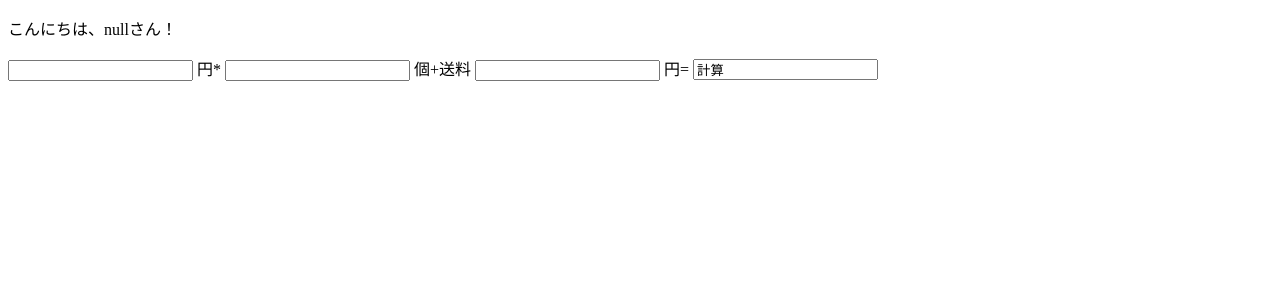
Repository: KimaruHirose/test
Page: http://localhost/HelloJSP/greeting-out.jsp
An editor plug-in stored every save of this project. The page is shown before and after the next save, followed by the edit.
The browser window is 1280 px wide. The pictures show the whole page.
The page is served by Tomcat 9.

Above is the page before, as saved 2018-06-01 06:07:00.

### HelloJSP/WebContent/greeting-out.jsp
<%@ page language="java" contentType="text/html; charset=UTF-8"
    pageEncoding="UTF-8"%>
<!DOCTYPE html PUBLIC "-//W3C//DTD HTML 4.01 Transitional//EN" "http://www.w3.org/TR/html4/loose.dtd">
<html>
<head>
<meta http-equiv="Content-Type" content="text/html; charset=UTF-8">
<title>Insert title here</title>
</head>
<body>
<%request.setCharacterEncoding("UTF-8"); %>
<p>こんにちは、<%=request.getParameter("user") %>さん！</p>
<form method="post" action="total-out.jsp">
<input type="text" name="price">
円*
<input type="text" name="count">
個+送料
<input type="text" name="delivery">
円=
<input type="subbit" value="計算">
</form>
</body>
</html>

After the next save:
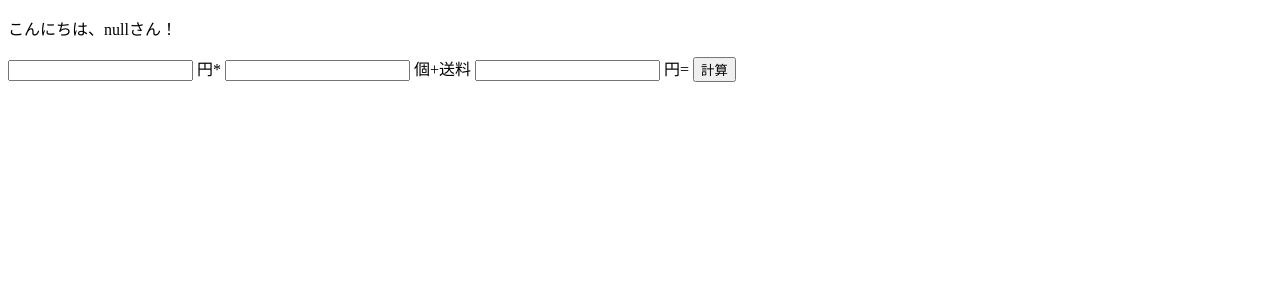
Saved 16 s later.
--- a/HelloJSP/WebContent/greeting-out.jsp
+++ b/HelloJSP/WebContent/greeting-out.jsp
@@ -16,7 +16,7 @@
 個+送料
 <input type="text" name="delivery">
 円=
-<input type="subbit" value="計算">
+<input type="submit" value="計算">
 </form>
 </body>
 </html>
